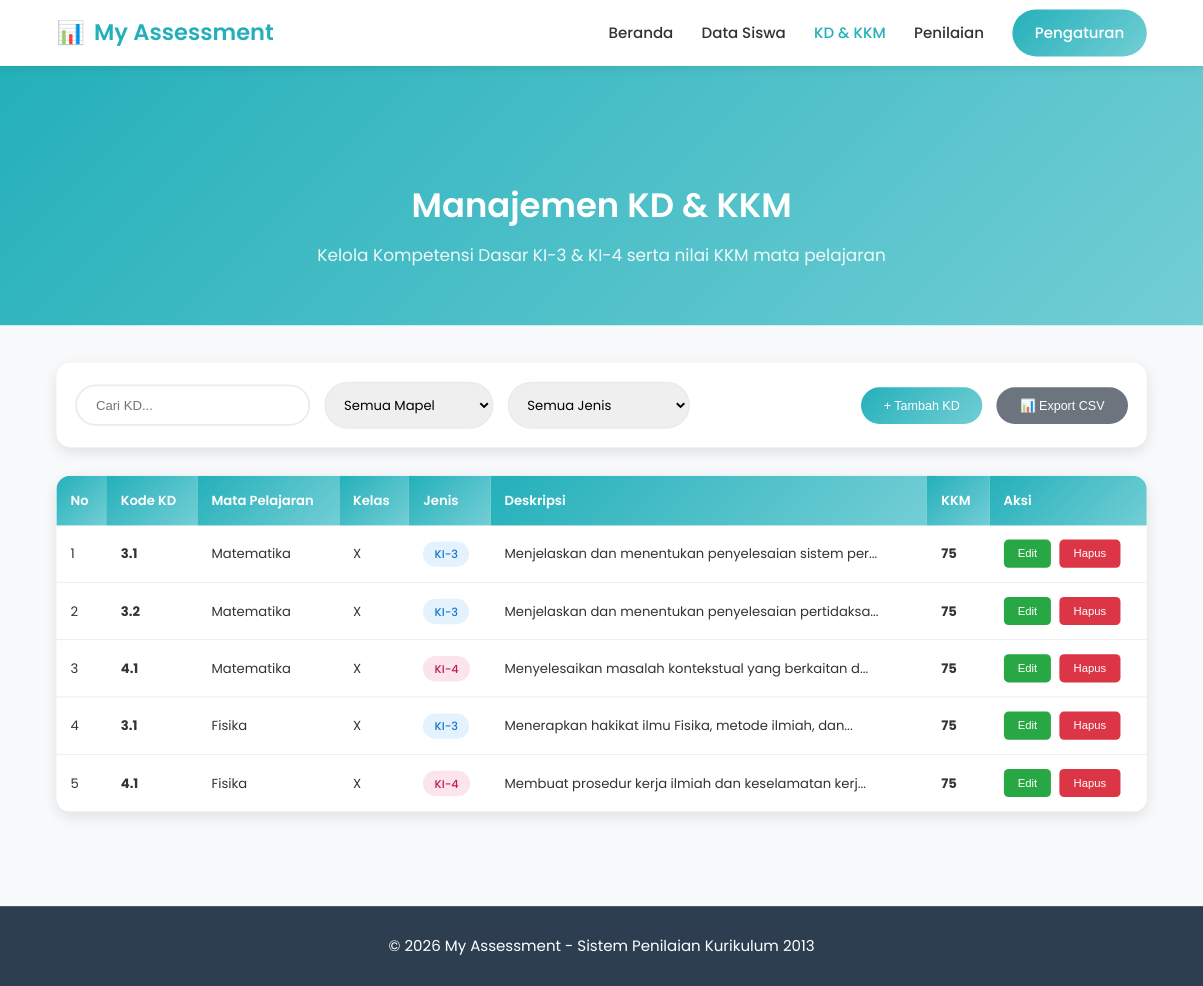
Repository: Ws529/MyAssassment_Final
Page: MyAssessment/kompetensi.html
An editor plug-in stored every save of this project. The page is shown before and after the next save, followed by the edit.
The browser window is 1280 px wide. The pictures show the whole page, at 94% of full size.

Above is the page before, as saved 2026-01-01 00:38:25.

### MyAssessment/kompetensi.html
<!DOCTYPE html>
<html lang="id">
<head>
    <meta charset="utf-8" />
    <meta name="viewport" content="width=device-width, initial-scale=1.0" />
    <title>Manajemen KD & KKM - My Assessment</title>
    <link href="https://fonts.googleapis.com/css2?family=Poppins:wght@300;400;500;600;700&display=swap" rel="stylesheet">
    <style>
        * { margin: 0; padding: 0; box-sizing: border-box; }
        body { font-family: 'Poppins', sans-serif; line-height: 1.6; color: #333; background-color: #f8f9fa; }
        .container { max-width: 1200px; margin: 0 auto; padding: 0 20px; }

        .navbar { background: #fff; box-shadow: 0 2px 10px rgba(0,0,0,0.1); position: fixed; top: 0; width: 100%; z-index: 1000; }
        .nav-container { max-width: 1200px; margin: 0 auto; padding: 0 20px; display: flex; justify-content: space-between; align-items: center; height: 70px; }
        .nav-brand { display: flex; align-items: center; font-size: 24px; font-weight: 600; color: #24b0ba; gap: 10px; text-decoration: none; }
        .nav-menu { display: flex; align-items: center; gap: 30px; }
        .nav-link { text-decoration: none; color: #333; font-weight: 500; transition: color 0.3s; }
        .nav-link:hover, .nav-link.active { color: #24b0ba; }
        .btn-primary { background: linear-gradient(135deg, #24b0ba, #73ced5); color: white; border: none; padding: 12px 24px; border-radius: 25px; font-weight: 500; cursor: pointer; text-decoration: none; }

        .page-header { background: linear-gradient(135deg, #24b0ba, #73ced5); color: white; padding: 120px 0 60px; margin-top: 70px; text-align: center; }
        .page-header h1 { font-size: 36px; font-weight: 600; margin-bottom: 10px; }
        .page-header p { font-size: 18px; opacity: 0.9; }

        .page-content { padding: 40px 0; min-height: 60vh; }

        .action-bar { display: flex; justify-content: space-between; align-items: center; margin-bottom: 30px; padding: 20px; background: white; border-radius: 15px; box-shadow: 0 5px 15px rgba(0,0,0,0.1); flex-wrap: wrap; gap: 15px; }
        .search-filter { display: flex; gap: 15px; align-items: center; flex-wrap: wrap; }
        .search-input { padding: 12px 20px; border: 2px solid #e9ecef; border-radius: 25px; font-size: 14px; width: 250px; outline: none; }
        .search-input:focus { border-color: #24b0ba; }
        .form-select { padding: 12px 15px; border: 2px solid #e9ecef; border-radius: 25px; font-size: 14px; outline: none; font-family: 'Poppins', sans-serif; }
        .btn-search { background: #24b0ba; color: white; border: none; padding: 12px 25px; border-radius: 25px; font-weight: 500; cursor: pointer; }
        .action-buttons { display: flex; gap: 15px; }
        .btn-secondary { background: #6c757d; color: white; border: none; padding: 12px 25px; border-radius: 25px; font-weight: 500; cursor: pointer; }

        .form-card { background: white; padding: 30px; border-radius: 15px; box-shadow: 0 5px 15px rgba(0,0,0,0.1); margin-bottom: 30px; display: none; }
        .form-card.active { display: block; }
        .form-card h3 { font-size: 24px; font-weight: 600; margin-bottom: 25px; color: #333; border-bottom: 2px solid #24b0ba; padding-bottom: 10px; }
        .form-grid { display: grid; grid-template-columns: repeat(auto-fit, minmax(250px, 1fr)); gap: 20px; margin-bottom: 25px; }
        .form-group { display: flex; flex-direction: column; }
        .form-group.full-width { grid-column: 1 / -1; }
        .form-group label { font-weight: 500; margin-bottom: 8px; color: #333; }
        .form-input { padding: 12px 15px; border: 2px solid #e9ecef; border-radius: 8px; font-size: 14px; outline: none; font-family: 'Poppins', sans-serif; }
        .form-input:focus { border-color: #24b0ba; }
        .form-actions { display: flex; gap: 15px; justify-content: flex-end; padding-top: 20px; border-top: 1px solid #e9ecef; }

        .data-grid { background: white; border-radius: 15px; overflow: hidden; box-shadow: 0 5px 15px rgba(0,0,0,0.1); }
        .grid-table { width: 100%; border-collapse: collapse; font-size: 14px; }
        .grid-table th { background: linear-gradient(135deg, #24b0ba, #73ced5); color: white; padding: 15px; text-align: left; font-weight: 600; }
        .grid-table td { padding: 15px; border-bottom: 1px solid #e9ecef; vertical-align: middle; }
        .grid-table tr:hover { background: #f8f9fa; }
        .btn-edit { background: #28a745; color: white; border: none; padding: 8px 15px; border-radius: 5px; font-size: 12px; cursor: pointer; margin-right: 5px; }
        .btn-delete { background: #dc3545; color: white; border: none; padding: 8px 15px; border-radius: 5px; font-size: 12px; cursor: pointer; }

        .badge { padding: 5px 12px; border-radius: 15px; font-size: 12px; font-weight: 500; }
        .badge-ki3 { background: #e3f2fd; color: #1976d2; }
        .badge-ki4 { background: #fce4ec; color: #c2185b; }

        .empty-state { text-align: center; padding: 60px 20px; color: #666; }
        .empty-state h3 { font-size: 24px; margin-bottom: 10px; color: #333; }

        .message { padding: 15px 20px; border-radius: 8px; margin-bottom: 20px; display: none; }
        .message.success { background: #d4edda; color: #155724; border: 1px solid #c3e6cb; display: block; }
        .message.error { background: #f8d7da; color: #721c24; border: 1px solid #f5c6cb; display: block; }

        .footer { background: #2c3e50; color: white; padding: 30px 0; text-align: center; margin-top: 60px; }

        @media (max-width: 768px) {
            .action-bar { flex-direction: column; align-items: stretch; }
            .search-input { width: 100%; }
            .nav-menu { display: none; }
            .grid-table { display: block; overflow-x: auto; }
        }
    </style>
</head>
<body>
    <nav class="navbar">
        <div class="nav-container">
            <a href="index.html" class="nav-brand">
                <span>📊</span>
                <span>My Assessment</span>
            </a>
            <div class="nav-menu">
                <a href="index.html" class="nav-link">Beranda</a>
                <a href="siswa.html" class="nav-link">Data Siswa</a>
                <a href="kompetensi.html" class="nav-link active">KD & KKM</a>
                <a href="penilaian.html" class="nav-link">Penilaian</a>
                <a href="pengaturan.html" class="btn-primary">Pengaturan</a>
            </div>
        </div>
    </nav>

    <section class="page-header">
        <div class="container">
            <h1>Manajemen KD & KKM</h1>
            <p>Kelola Kompetensi Dasar KI-3 & KI-4 serta nilai KKM mata pelajaran</p>
        </div>
    </section>

    <section class="page-content">
        <div class="container">
            <div class="message" id="message"></div>

            <div class="action-bar">
                <div class="search-filter">
                    <input type="text" class="search-input" id="searchInput" placeholder="Cari KD..." onkeyup="searchKD()">
                    <select class="form-select" id="filterMapel" onchange="filterKD()">
                        <option value="">Semua Mapel</option>
                        <option value="Matematika">Matematika</option>
                        <option value="Fisika">Fisika</option>
                        <option value="Kimia">Kimia</option>
                        <option value="Biologi">Biologi</option>
                        <option value="Bahasa Indonesia">Bahasa Indonesia</option>
                        <option value="Bahasa Inggris">Bahasa Inggris</option>
                    </select>
                    <select class="form-select" id="filterType" onchange="filterKD()">
                        <option value="">Semua Jenis</option>
                        <option value="KI-3">KI-3 (Pengetahuan)</option>
                        <option value="KI-4">KI-4 (Keterampilan)</option>
                    </select>
                </div>
                <div class="action-buttons">
                    <button class="btn-primary" onclick="showForm()">+ Tambah KD</button>
                    <button class="btn-secondary" onclick="exportCSV()">📊 Export CSV</button>
                </div>
            </div>

            <div class="form-card" id="formCard">
                <h3 id="formTitle">Tambah Kompetensi Dasar Baru</h3>
                <div class="form-grid">
                    <div class="form-group">
                        <label>Kode KD</label>
                        <input type="text" class="form-input" id="kodeKD" placeholder="Contoh: 3.1, 4.1">
                    </div>
                    <div class="form-group">
                        <label>Mata Pelajaran</label>
                        <select class="form-input" id="mapel">
                            <option value="">Pilih Mata Pelajaran</option>
                            <option value="Matematika">Matematika</option>
                            <option value="Fisika">Fisika</option>
                            <option value="Kimia">Kimia</option>
                            <option value="Biologi">Biologi</option>
                            <option value="Bahasa Indonesia">Bahasa Indonesia</option>
                            <option value="Bahasa Inggris">Bahasa Inggris</option>
                        </select>
                    </div>
                    <div class="form-group">
                        <label>Kelas</label>
                        <select class="form-input" id="kelas">
                            <option value="">Pilih Kelas</option>
                            <option value="X">X</option>
                            <option value="XI">XI</option>
                            <option value="XII">XII</option>
                        </select>
                    </div>
                    <div class="form-group">
                        <label>Jenis KI</label>
                        <select class="form-input" id="jenisKI">
                            <option value="">Pilih Jenis KI</option>
                            <option value="KI-3">KI-3 (Pengetahuan)</option>
                            <option value="KI-4">KI-4 (Keterampilan)</option>
                        </select>
                    </div>
                    <div class="form-group">
                        <label>KKM</label>
                        <input type="number" class="form-input" id="kkm" placeholder="75" value="75" min="0" max="100">
                    </div>
                    <div class="form-group full-width">
                        <label>Deskripsi Kompetensi Dasar</label>
                        <textarea class="form-input" id="deskripsi" rows="3" placeholder="Masukkan deskripsi lengkap KD"></textarea>
                    </div>
                </div>
                <div class="form-actions">
                    <button class="btn-primary" onclick="saveKD()">Simpan</button>
                    <button class="btn-secondary" onclick="hideForm()">Batal</button>
                </div>
            </div>

            <div class="data-grid">
                <table class="grid-table" id="kdTable">
                    <thead>
                        <tr>
                            <th>No</th>
                            <th>Kode KD</th>
                            <th>Mata Pelajaran</th>
                            <th>Kelas</th>
                            <th>Jenis</th>
                            <th>Deskripsi</th>
                            <th>KKM</th>
                            <th>Aksi</th>
                        </tr>
                    </thead>
                    <tbody id="kdBody"></tbody>
                </table>
            </div>
        </div>
    </section>

    <footer class="footer">
        <div class="container">
            <p>© 2026 My Assessment - Sistem Penilaian Kurikulum 2013</p>
        </div>
    </footer>

    <script>
        let competencies = [
            { id: 1, kode: '3.1', mapel: 'Matematika', kelas: 'X', jenis: 'KI-3', deskripsi: 'Menjelaskan dan menentukan penyelesaian sistem persamaan linear dua variabel', kkm: 75 },
            { id: 2, kode: '3.2', mapel: 'Matematika', kelas: 'X', jenis: 'KI-3', deskripsi: 'Menjelaskan dan menentukan penyelesaian pertidaksamaan linear satu variabel', kkm: 75 },
            { id: 3, kode: '4.1', mapel: 'Matematika', kelas: 'X', jenis: 'KI-4', deskripsi: 'Menyelesaikan masalah kontekstual yang berkaitan dengan sistem persamaan linear dua variabel', kkm: 75 },
            { id: 4, kode: '3.1', mapel: 'Fisika', kelas: 'X', jenis: 'KI-3', deskripsi: 'Menerapkan hakikat ilmu Fisika, metode ilmiah, dan keselamatan kerja di laboratorium', kkm: 75 },
            { id: 5, kode: '4.1', mapel: 'Fisika', kelas: 'X', jenis: 'KI-4', deskripsi: 'Membuat prosedur kerja ilmiah dan keselamatan kerja di laboratorium', kkm: 75 },
        ];

        let editingId = null;

        document.addEventListener('DOMContentLoaded', function() {
            renderKD();
        });

        function renderKD(data = competencies) {
            const tbody = document.getElementById('kdBody');

            if (data.length === 0) {
                tbody.innerHTML = `
                    <tr>
                        <td colspan="8">
                            <div class="empty-state">
                                <h3>Belum ada data Kompetensi Dasar</h3>
                                <p>Klik tombol "Tambah KD" untuk menambah data baru</p>
                            </div>
                        </td>
                    </tr>
                `;
                return;
            }

            tbody.innerHTML = data.map((kd, index) => `
                <tr>
                    <td>${index + 1}</td>
                    <td><strong>${kd.kode}</strong></td>
                    <td>${kd.mapel}</td>
                    <td>${kd.kelas}</td>
                    <td><span class="badge ${kd.jenis === 'KI-3' ? 'badge-ki3' : 'badge-ki4'}">${kd.jenis}</span></td>
                    <td>${kd.deskripsi.substring(0, 50)}...</td>
                    <td><strong>${kd.kkm}</strong></td>
                    <td>
                        <button class="btn-edit" onclick="editKD(${kd.id})">Edit</button>
                        <button class="btn-delete" onclick="deleteKD(${kd.id})">Hapus</button>
                    </td>
                </tr>
            `).join('');
        }

        function showForm() {
            document.getElementById('formCard').classList.add('active');
            document.getElementById('formTitle').textContent = 'Tambah Kompetensi Dasar Baru';
            clearForm();
            editingId = null;
        }

        function hideForm() {
            document.getElementById('formCard').classList.remove('active');
            clearForm();
            editingId = null;
        }

        function clearForm() {
            document.getElementById('kodeKD').value = '';
            document.getElementById('mapel').value = '';
            document.getElementById('kelas').value = '';
            document.getElementById('jenisKI').value = '';
            document.getElementById('kkm').value = '75';
            document.getElementById('deskripsi').value = '';
        }

        function saveKD() {
            const kode = document.getElementById('kodeKD').value;
            const mapel = document.getElementById('mapel').value;
            const kelas = document.getElementById('kelas').value;
            const jenis = document.getElementById('jenisKI').value;
            const kkm = parseInt(document.getElementById('kkm').value);
            const deskripsi = document.getElementById('deskripsi').value;

            if (!kode || !mapel || !kelas || !jenis || !deskripsi) {
                showMessage('Mohon lengkapi semua data!', 'error');
                return;
            }

            if (editingId) {
                const index = competencies.findIndex(k => k.id === editingId);
                if (index !== -1) {
                    competencies[index] = { id: editingId, kode, mapel, kelas, jenis, deskripsi, kkm };
                }
                showMessage('Kompetensi Dasar berhasil diperbarui!', 'success');
            } else {
                const newId = Math.max(...competencies.map(k => k.id), 0) + 1;
                competencies.push({ id: newId, kode, mapel, kelas, jenis, deskripsi, kkm });
                showMessage('Kompetensi Dasar berhasil ditambahkan!', 'success');
            }

            hideForm();
            renderKD();
        }

        function editKD(id) {
            const kd = competencies.find(k => k.id === id);
            if (kd) {
                document.getElementById('kodeKD').value = kd.kode;
                document.getElementById('mapel').value = kd.mapel;
                document.getElementById('kelas').value = kd.kelas;
                document.getElementById('jenisKI').value = kd.jenis;
                document.getElementById('kkm').value = kd.kkm;
                document.getElementById('deskripsi').value = kd.deskripsi;

                document.getElementById('formCard').classList.add('active');
                document.getElementById('formTitle').textContent = 'Edit Kompetensi Dasar';
                editingId = id;
            }
        }

        function deleteKD(id) {
            if (confirm('Yakin ingin menghapus Kompetensi Dasar ini?')) {
                competencies = competencies.filter(k => k.id !== id);
                renderKD();
                showMessage('Kompetensi Dasar berhasil dihapus!', 'success');
            }
        }

        function searchKD() {
            const searchTerm = document.getElementById('searchInput').value.toLowerCase();
            const filtered = competencies.filter(k =>
                k.kode.toLowerCase().includes(searchTerm) ||
                k.deskripsi.toLowerCase().includes(searchTerm) ||
                k.mapel.toLowerCase().includes(searchTerm)
            );
            renderKD(filtered);
        }

        function filterKD() {
            const mapel = document.getElementById('filterMapel').value;
            const type = document.getElementById('filterType').value;

            let filtered = competencies;
            if (mapel) filtered = filtered.filter(k => k.mapel === mapel);
            if (type) filtered = filtered.filter(k => k.jenis === type);

            renderKD(filtered);
        }

        function exportCSV() {
            let csv = 'Kode KD,Mata Pelajaran,Kelas,Jenis KI,Deskripsi,KKM\n';
            competencies.forEach(k => {
                csv += `${k.kode},${k.mapel},${k.kelas},${k.jenis},"${k.deskripsi}",${k.kkm}\n`;
            });

            const blob = new Blob([csv], { type: 'text/csv' });
            const url = window.URL.createObjectURL(blob);
            const a = document.createElement('a');
            a.href = url;
            a.download = 'KompetensiDasar.csv';
            a.click();

            showMessage('Data berhasil diekspor ke CSV!', 'success');
        }

        function showMessage(text, type) {
            const msg = document.getElementById('message');
            msg.textContent = text;
            msg.className = 'message ' + type;
            setTimeout(() => { msg.className = 'message'; }, 3000);
        }
    </script>
</body>
</html>

After the next save:
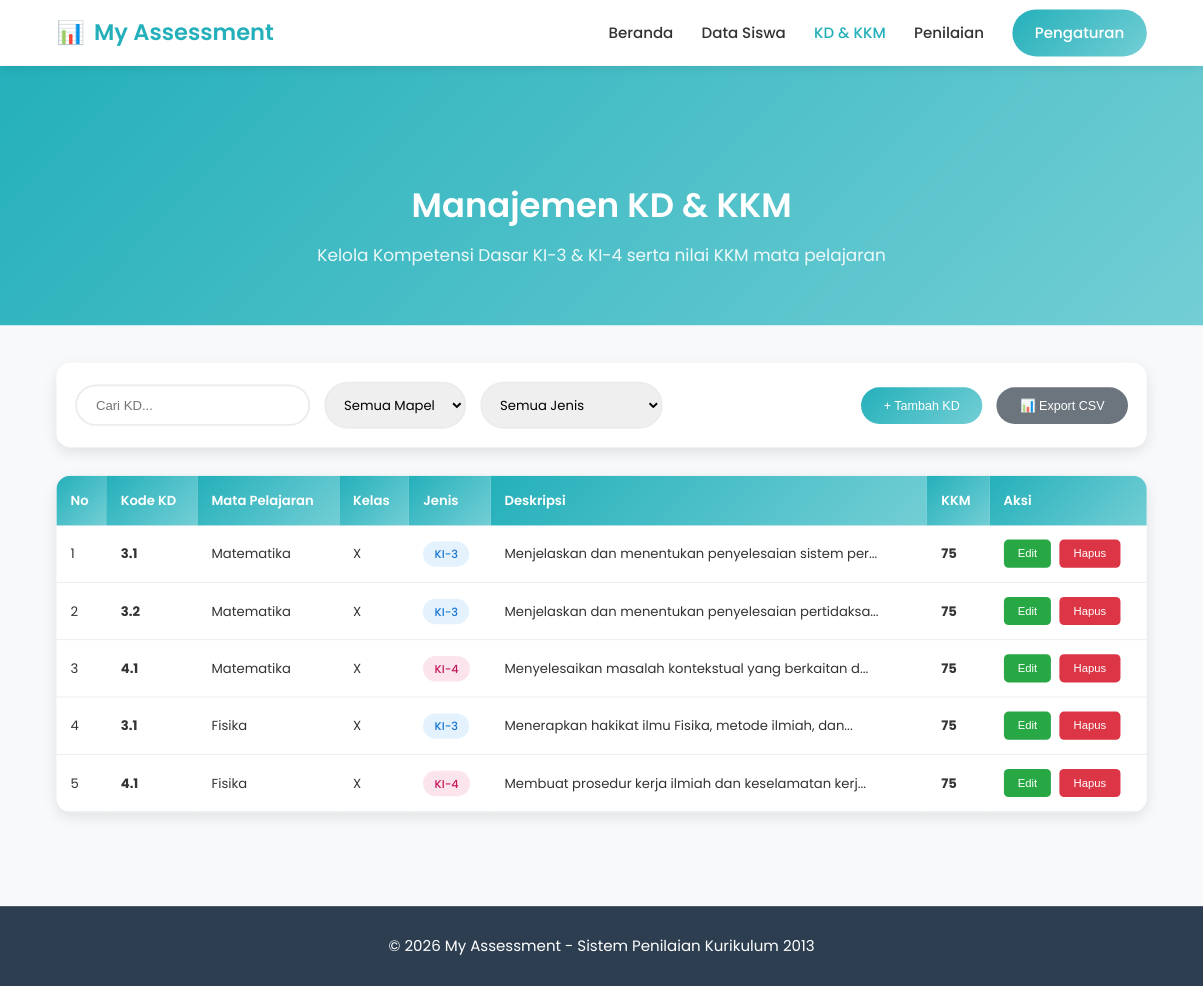
Saved 11 s later.
--- a/MyAssessment/kompetensi.html
+++ b/MyAssessment/kompetensi.html
@@ -106,12 +106,6 @@
                     <input type="text" class="search-input" id="searchInput" placeholder="Cari KD..." onkeyup="searchKD()">
                     <select class="form-select" id="filterMapel" onchange="filterKD()">
                         <option value="">Semua Mapel</option>
-                        <option value="Matematika">Matematika</option>
-                        <option value="Fisika">Fisika</option>
-                        <option value="Kimia">Kimia</option>
-                        <option value="Biologi">Biologi</option>
-                        <option value="Bahasa Indonesia">Bahasa Indonesia</option>
-                        <option value="Bahasa Inggris">Bahasa Inggris</option>
                     </select>
                     <select class="form-select" id="filterType" onchange="filterKD()">
                         <option value="">Semua Jenis</option>
